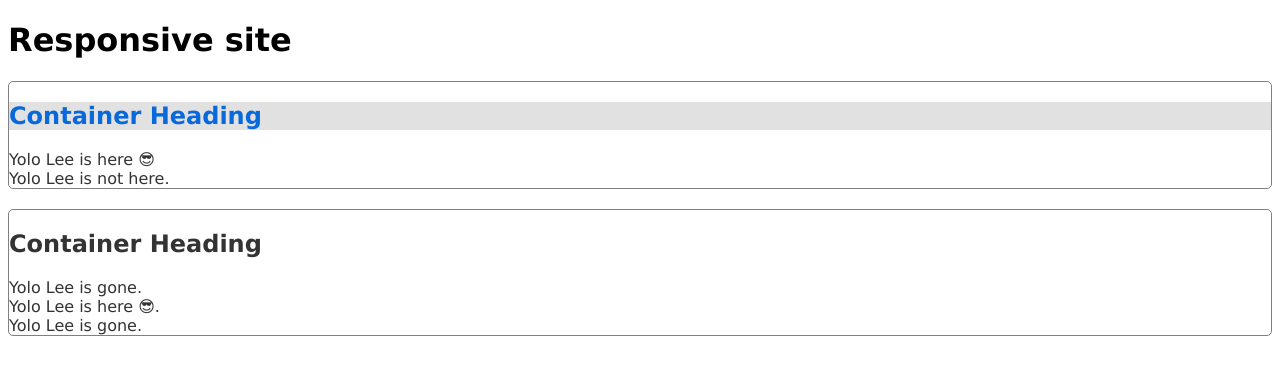
Repository: HyunJunggggg/MDIA2109
Page: inclass/week6/index.html
These files come from the project's save history. The page is drawn as it stood at one moment and after the next save; the edit follows.
The browser window is 1280 px wide. The pictures show the whole page.

Above is the page before, as saved 2025-02-13 14:36:08.

After the next save:
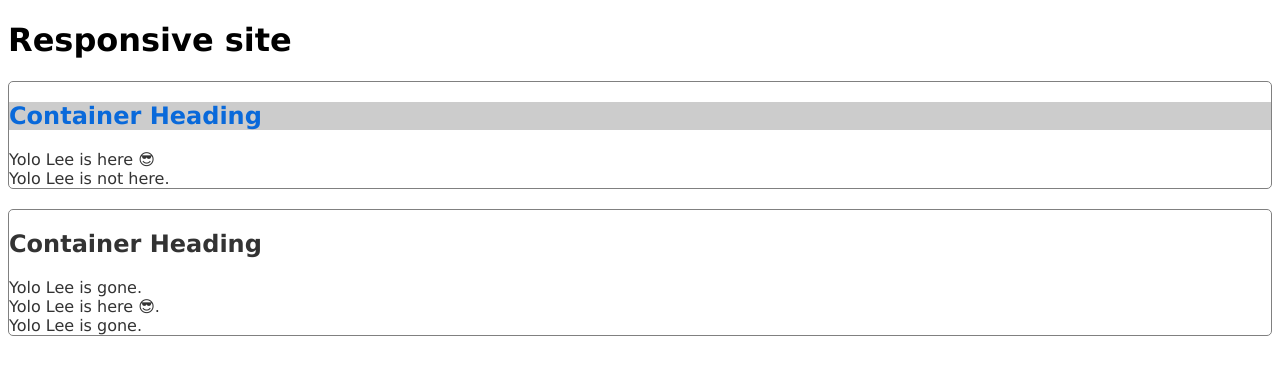
Saved 4 s later.
--- a/inclass/week6/css/style.css
+++ b/inclass/week6/css/style.css
@@ -19,5 +19,5 @@ html{
 
 .container__header{
   color: #0969da;
-  background-color: #2222;
+  background-color: #ccc;
 }
